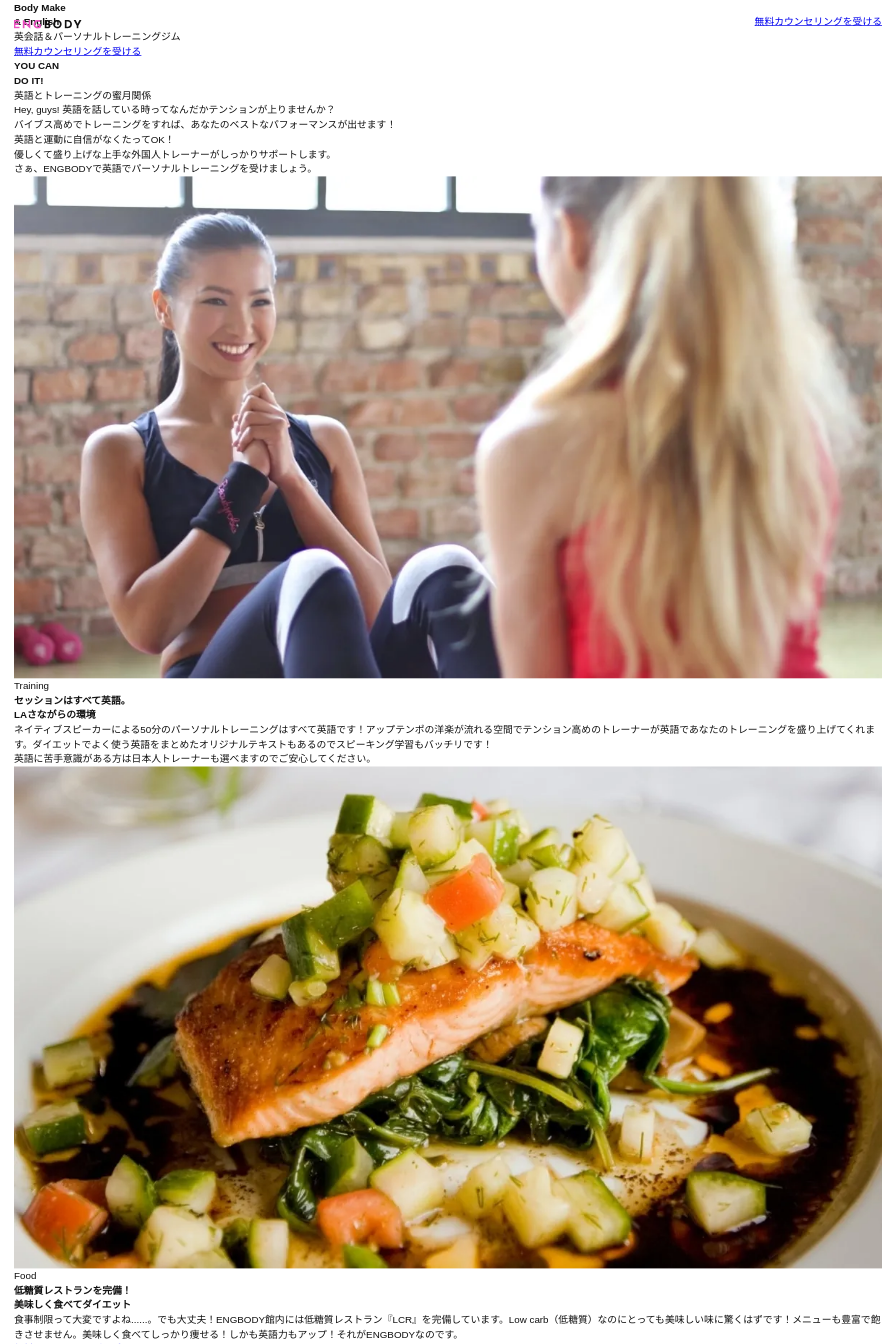
Repository: tetishi/engbody
Page: index.html
The author's editor kept a copy of each file at every save. The page is drawn from the files as they stood at one save, then again after the next save.
The browser window is 1280 px wide. The pictures show the part of the page from y = 0 to 1920 px (the page is 11968 px tall), at 70% of full size.
The style sheet was rebuilt from its Sass, Less or Tailwind sources for each picture, by a compiler version that may differ from the author's.

Above is the page before, as saved 2023-07-25 16:22:54.

After the next save:
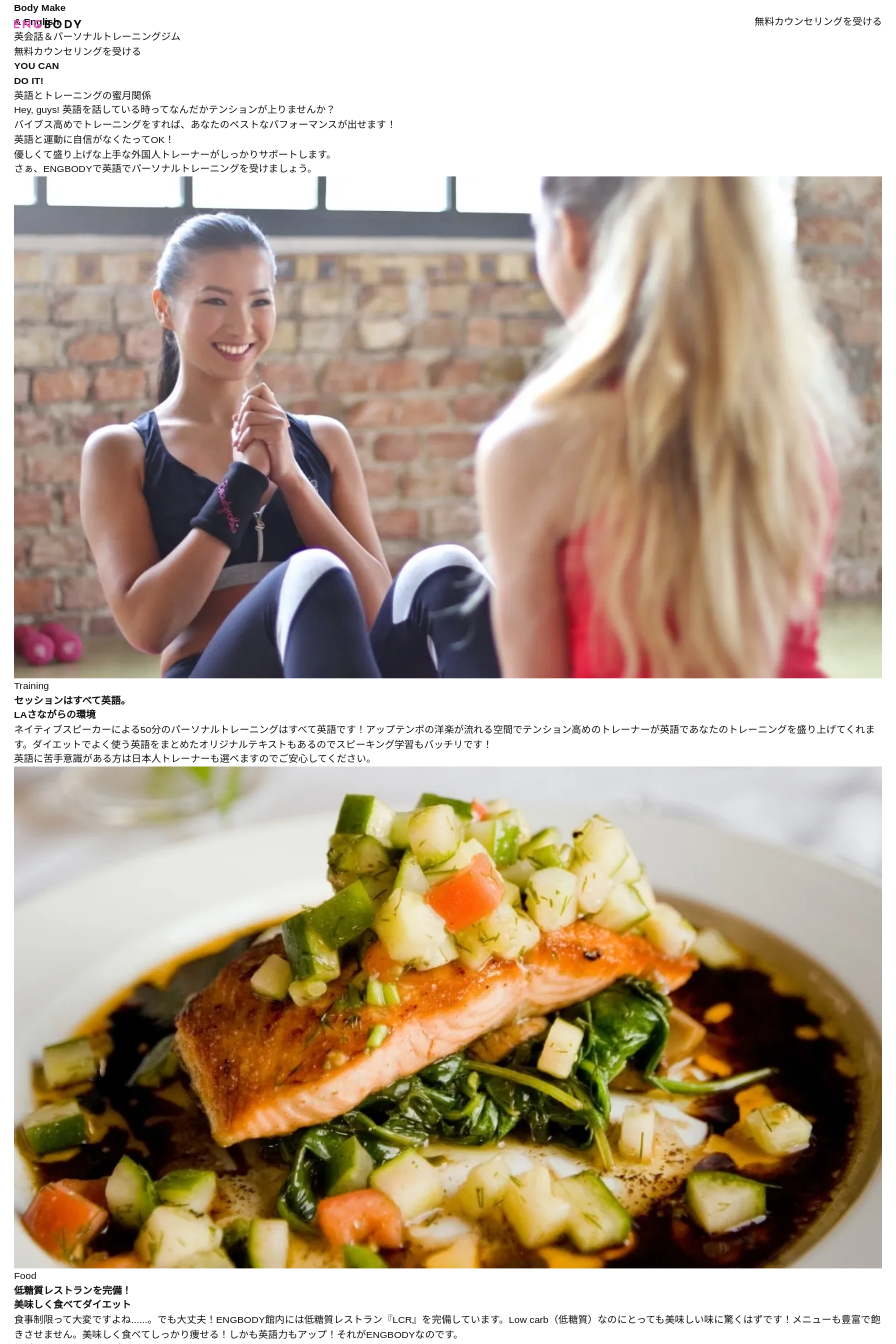
Saved 110 s later.
--- a/css/style.scss
+++ b/css/style.scss
@@ -34,10 +34,10 @@ img {
         }
     }
 }
-// a {
-//     color: inherit;
-//     text-decoration: none;
-// }
+a {
+    color: inherit;
+    text-decoration: none;
+}
 
 // header
 .header {
